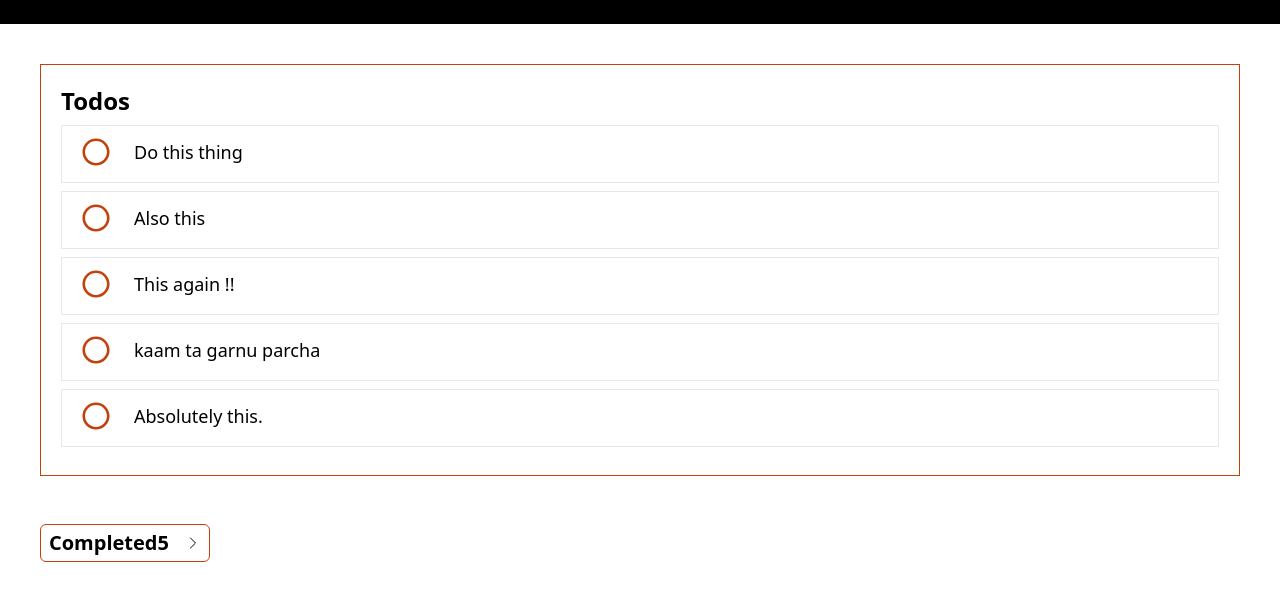
Repository: thekingisherenow/personalTodo
Page: /
These files come from the project's save history. The page is drawn as it stood at one moment and after the next save; the edit follows.
The browser window is 1280 px wide. The pictures show the whole page.
The project was rebuilt for these pictures with package versions that can differ from the ones it lists, and the page was loaded fresh each time. The framework's server and built-in components were replaced by stand-ins that run in the browser. Also part of the build but not shown: next.config.js, components/CompletedTodo.js, styles/Home.module.css.

Above is the page before, as saved 2022-12-15 19:46:00.

After the next save:
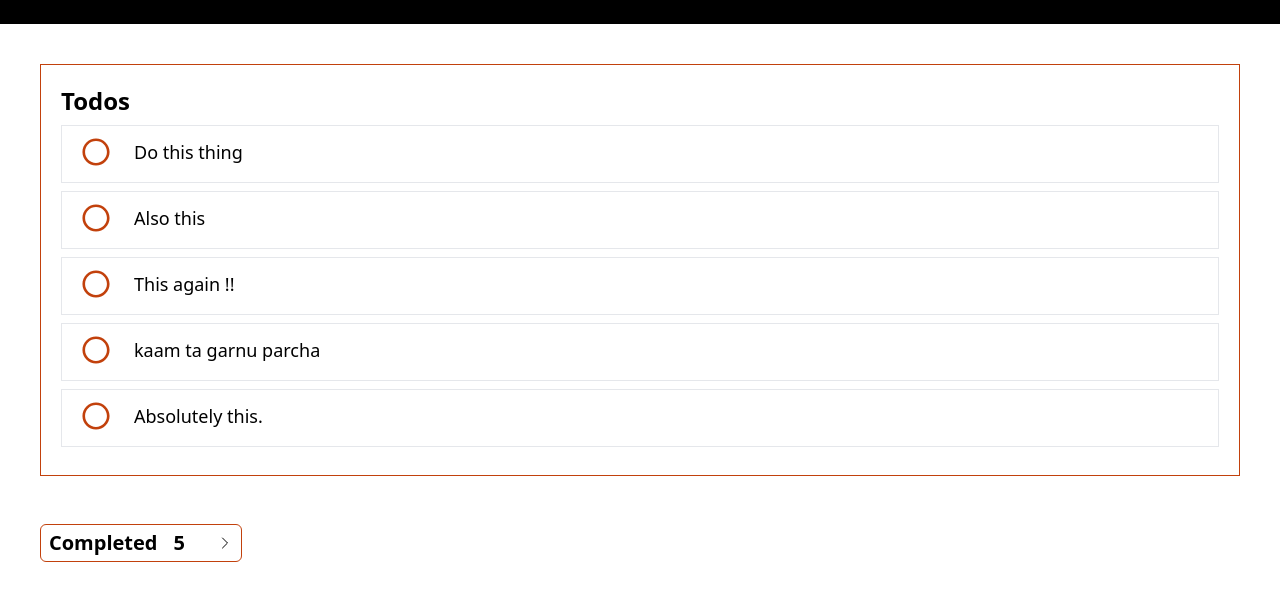
Saved 10 s later.
--- a/components/CompletedTodos.js
+++ b/components/CompletedTodos.js
@@ -9,7 +9,7 @@ function Completed() {
     <div className='p-2 m-3 '>
       <button onClick={()=>setOpen(!open)}
       className='font-bold text-xl ml-5 border border-orange-700 px-2 py-1 rounded-md flex'><span>Completed</span>
-      <span>{todolist.length}</span>
+      <span className='mx-4'>{todolist.length}</span>
       <span>{open? <ChevronDownIcon className='w-4 h-5 items-center ml-4 mt-1 ' />
       :<ChevronRightIcon className='w-4 h-5 items-center ml-4 mt-1 ' />}</span> </button>
 
